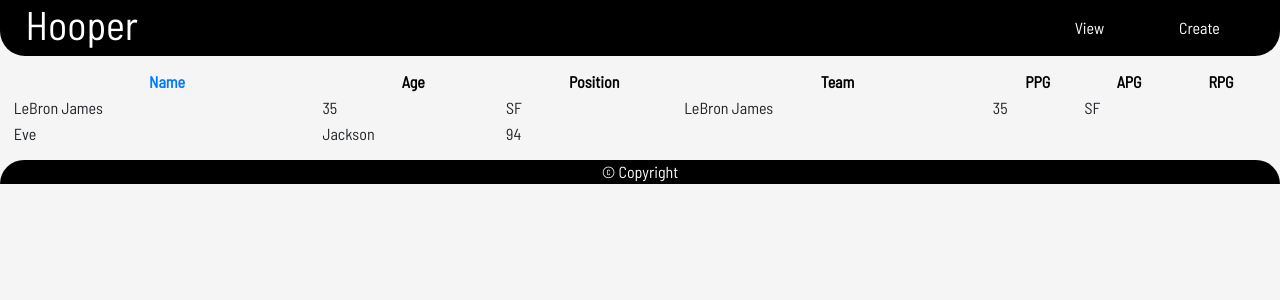
Repository: vlasarte/Hooper
Page: index.html
The author's editor kept a copy of each file at every save. The page is drawn from the files as they stood at one save, then again after the next save.
The browser window is 1280 px wide. The pictures show the whole page.

Above is the page before, as saved 2020-02-24 17:05:32.

After the next save:
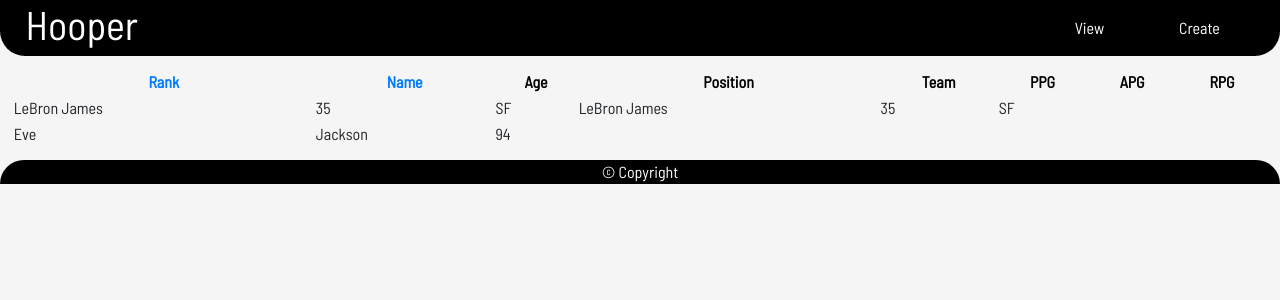
Saved 65 s later.
--- a/index.html
+++ b/index.html
@@ -39,6 +39,7 @@
 
             <table style="width:100%">
                 <tr>
+                    <th><a href="">Rank</a></th>
                     <th><a href="">Name</a></th>
                     <th>Age</th>
                     <th>Position</th>
